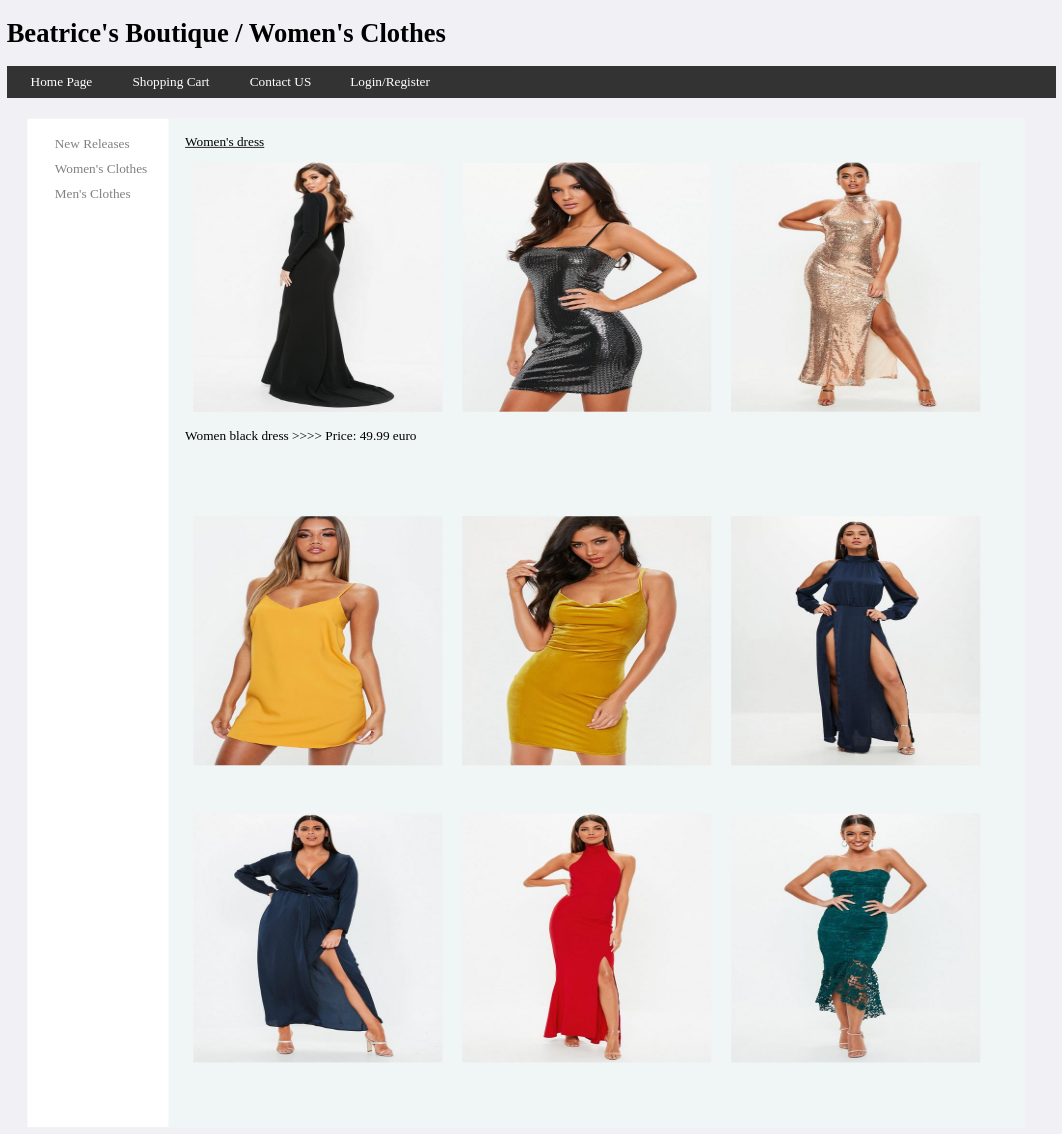
Repository: IosifDobos/Beatrice-Boutique
Page: http://localhost/BeatriceBoutique/womensClothes.jsp
An editor plug-in stored every save of this project. The page is shown before and after the next save, followed by the edit.
The browser window is 1280 px wide. The pictures show the whole page, at 83% of full size.
The page is served by Tomcat 9.

Above is the page before, as saved 2018-12-04 17:38:39.

After the next save:
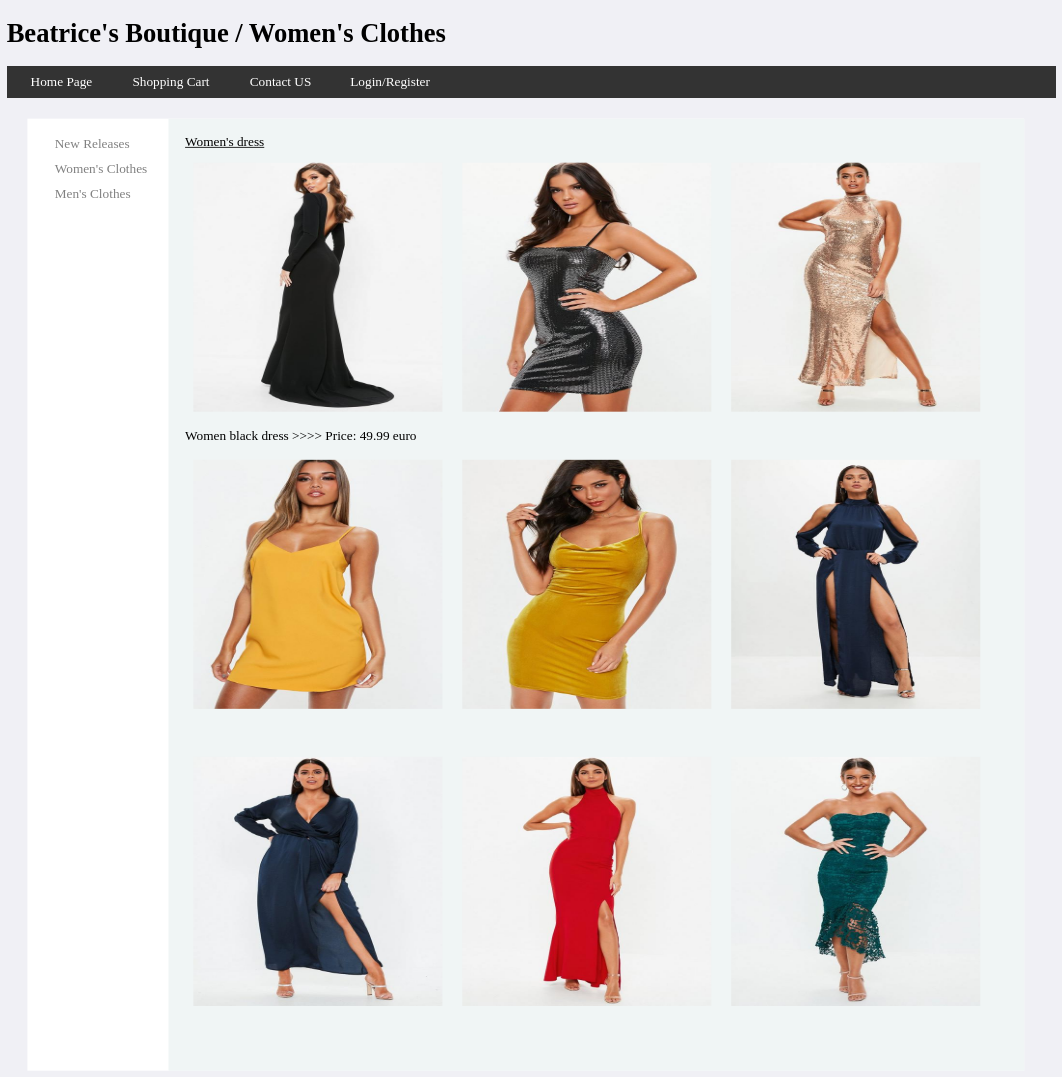
Saved 20 s later.
--- a/BeatriceBoutique/Java/WorkSpace/BeatriceBoutique/WebContent/styleSheet.css
+++ b/BeatriceBoutique/Java/WorkSpace/BeatriceBoutique/WebContent/styleSheet.css
@@ -97,7 +97,7 @@ li a:hover {
 } */
 
 
-.product-1{
+#product-1{
 	position: absolute;
 }
 
